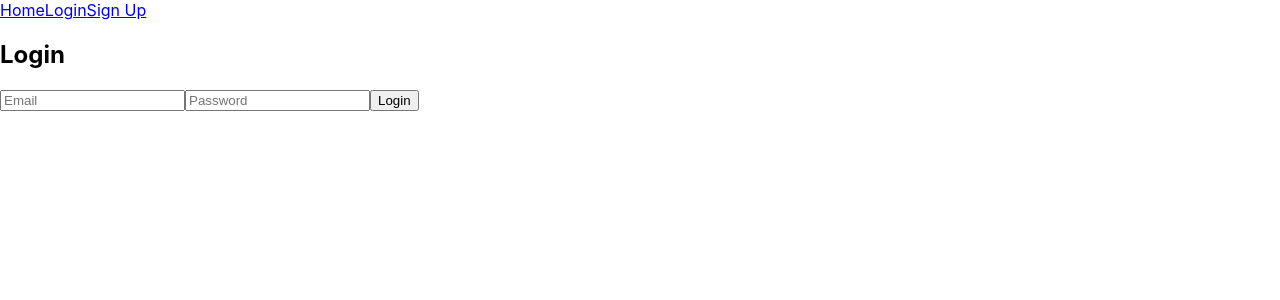
Repository: GowrishankarSMenon/jobTracker
Page: /login (app in job-tracker/client/)
An editor plug-in stored every save of this project. The page is shown before and after the next save, followed by the edit.
The browser window is 1280 px wide. The pictures show the whole page.
The project was rebuilt for these pictures with package versions that can differ from the ones it lists, and the page was loaded fresh each time. Also part of the build but not shown: job-tracker/client/src/pages/Signup.js, job-tracker/client/src/pages/Home.js.

Above is the page before, as saved 2024-12-28 00:52:45.

### job-tracker/client/src/index.js
import React from 'react';
import ReactDOM from 'react-dom/client';
import './index.css';
import App from './App';
import reportWebVitals from './reportWebVitals';
import {BrowserRouter} from 'react-router-dom';

const root = ReactDOM.createRoot(document.getElementById('root'));
root.render(
  <BrowserRouter>
  <React.StrictMode>
    <App />
  </React.StrictMode>
  </BrowserRouter>
);

// If you want to start measuring performance in your app, pass a function
// to log results (for example: reportWebVitals(console.log))
// or send to an analytics endpoint. Learn more: https://bit.ly/CRA-vitals
reportWebVitals();

### job-tracker/client/src/App.js
import React, { useState } from 'react';
import { Routes, Route, Link, useNavigate } from 'react-router-dom';
import { Auth0Provider, useAuth0 } from '@auth0/auth0-react';
import Home from './pages/Home';
import Login from './pages/Login';
import Signup from './pages/Signup';

const App = () => {
  const [user, setUser] = useState(null);
  const navigate = useNavigate();

  const logout = () => {
    setUser(null); // Reset user data on logout
    navigate('/login'); // Redirect to login page
  };

  return (
    <Auth0Provider
      domain="dev-yx51zo7bdgwb2h76.us.auth0.com"
      clientId="6yANjqkhGlke1mLDa5mfUaS9F5xllYwE"
      authorizationParams={{ redirect_uri: window.location.origin }}
    >
      <nav>
        <Link to="/">Home</Link>
        {user ? (
          <>
            <span>Welcome, {user.name}!</span>
            <button onClick={logout}>Logout</button>
          </>
        ) : (
          <>
            <Link to="/login">Login</Link>
            <Link to="/signup">Sign Up</Link>
          </>
        )}
      </nav>
      <Routes>
        <Route path="/" element={<Home user={user} />} />
        <Route path="/login" element={<Login setUser={setUser} />} />
        <Route path="/signup" element={<Signup setUser={setUser} />} />
      </Routes>
    </Auth0Provider>
  );
};

export default App;

### job-tracker/client/src/pages/Login.js
import React, { useState } from 'react';
import axios from 'axios';

const Login = ({ setUser, setToken }) => {
  const [email, setEmail] = useState('');
  const [password, setPassword] = useState('');

  const handleSubmit = async (e) => {
    e.preventDefault();
    try {
      const response = await axios.post('/api/auth/login', { email, password });
      setUser(response.data.user);  // Save user data
      setToken(response.data.token);  // Save token in state or localStorage
      // Redirect to home or dashboard after successful login
    } catch (error) {
      console.error('Login error:', error);
      alert('Login failed');
    }
  };

  return (
    <div>
      <h2>Login</h2>
      <form onSubmit={handleSubmit}>
        <input
          type="email"
          placeholder="Email"
          value={email}
          onChange={(e) => setEmail(e.target.value)}
        />
        <input
          type="password"
          placeholder="Password"
          value={password}
          onChange={(e) => setPassword(e.target.value)}
        />
        <button type="submit">Login</button>
      </form>
    </div>
  );
};

export default Login;

Loaded but not shown: job-tracker/client/public/index.html (common file); job-tracker/client/src/index.css (common file); job-tracker/client/src/reportWebVitals.js (common file)

After the next save:
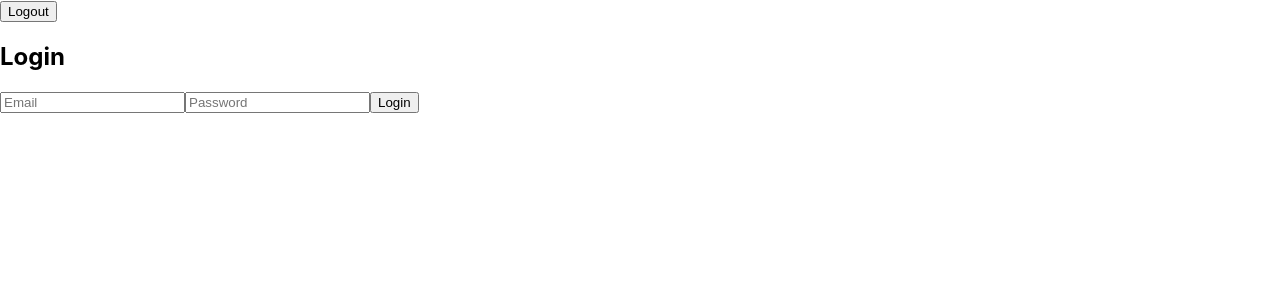
Saved 74 s later.
--- a/job-tracker/client/src/App.js
+++ b/job-tracker/client/src/App.js
@@ -1,45 +1,40 @@
 import React, { useState } from 'react';
-import { Routes, Route, Link, useNavigate } from 'react-router-dom';
-import { Auth0Provider, useAuth0 } from '@auth0/auth0-react';
+import { Routes, Route, useNavigate } from 'react-router-dom';
+import { Auth0Provider } from '@auth0/auth0-react';  // You can keep this for other auth if you want
 import Home from './pages/Home';
 import Login from './pages/Login';
 import Signup from './pages/Signup';
 
 const App = () => {
   const [user, setUser] = useState(null);
+  const [token, setToken] = useState(null);  // Store JWT token
+
   const navigate = useNavigate();
 
-  const logout = () => {
-    setUser(null); // Reset user data on logout
-    navigate('/login'); // Redirect to login page
+  const handleLogout = () => {
+    setUser(null);
+    setToken(null);
+    localStorage.removeItem('authToken');  // Remove token from localStorage (if using)
+    navigate('/login');  // Redirect to login page
   };
 
   return (
-    <Auth0Provider
-      domain="dev-yx51zo7bdgwb2h76.us.auth0.com"
-      clientId="6yANjqkhGlke1mLDa5mfUaS9F5xllYwE"
-      authorizationParams={{ redirect_uri: window.location.origin }}
-    >
-      <nav>
-        <Link to="/">Home</Link>
-        {user ? (
-          <>
-            <span>Welcome, {user.name}!</span>
-            <button onClick={logout}>Logout</button>
-          </>
-        ) : (
-          <>
-            <Link to="/login">Login</Link>
-            <Link to="/signup">Sign Up</Link>
-          </>
-        )}
-      </nav>
-      <Routes>
-        <Route path="/" element={<Home user={user} />} />
-        <Route path="/login" element={<Login setUser={setUser} />} />
-        <Route path="/signup" element={<Signup setUser={setUser} />} />
-      </Routes>
-    </Auth0Provider>
+    <div>
+      <Auth0Provider
+        domain="dev-yx51zo7bdgwb2h76.us.auth0.com"
+        clientId="6yANjqkhGlke1mLDa5mfUaS9F5xllYwE"
+        authorizationParams={{ redirect_uri: window.location.origin }}
+      >
+        <nav>
+          <button onClick={handleLogout}>Logout</button>
+        </nav>
+        <Routes>
+          <Route path="/" element={<Home />} />
+          <Route path="/login" element={<Login setUser={setUser} setToken={setToken} />} />
+          <Route path="/signup" element={<Signup setUser={setUser} setToken={setToken} />} />
+        </Routes>
+      </Auth0Provider>
+    </div>
   );
 };
 
